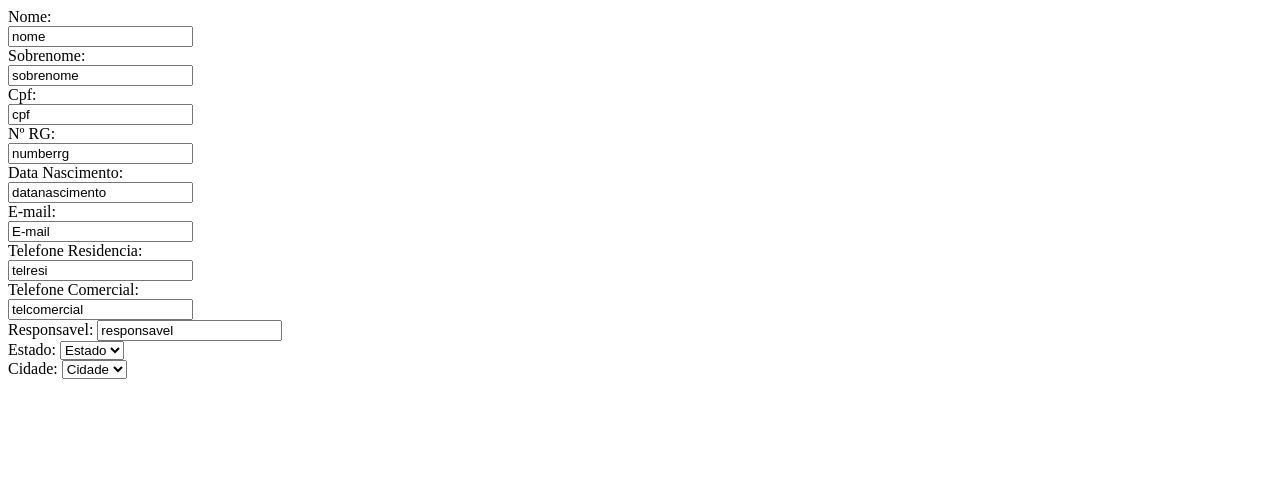
Repository: samaelsimoes/ong-cepe
Page: ong-cepe/WebContent/privado/formulario/pesfisica.html
An editor plug-in stored every save of this project. The page is shown before and after a run of saves, followed by the edit.
The browser window is 1280 px wide. The pictures show the whole page.

Above is the page before, as saved 2017-08-13 19:08:06.

### ong-cepe/WebContent/privado/formulario/pesfisica.html
 <div class="form-group row">

    <div class="col-xs-6 col-md-5">
        <label for="example-text-input" class="col-2 col-form-label">Nome:</label>

       <div class="col-10">
            <input class="form-control" type="text" value="nome" id="nome" placeholder="Nome">
        </div>
    </div>

    <div class="col-xs-6 col-md-5 coll-md-offset-2">

        <label for="example-text-input" class="col-2 col-form-label">Sobrenome:</label>

        <div class="col-10">
            <input class="form-control" type="text" value="sobrenome" id="sobrenome" placeholder="Sobrenome">
        </div>
    </div>
</div>

<div class="form-group row">
    <div class="col-xs-6 col-md-5">
        <label for="example-text-input" class="col-2 col-form-label">Cpf:</label>

       <div class="col-10">
            <input class="form-control" type="text" value="cpf" id="nome" placeholder="cpf">
        </div>
    </div>

    <div class="col-xs-6 col-md-5 coll-md-offset-2">

        <label for="example-text-input" class="col-2 col-form-label">Nº RG:</label>

        <div class="col-10">
            <input class="form-control" type="text" value="numberrg" id="sobrenome" placeholder="rg">
        </div>
    </div>
</div>

 <div class="form-group row">
    <div class="col-xs-6 col-md-5">
        <label for="example-text-input" class="col-2 col-form-label">Data Nascimento:</label>

       <div class="col-10">
            <input class="form-control" type="text" value="datanascimento" id="datanascimento" placeholder="cpf">
        </div>
    </div>
    <div class="col-xs-6 col-md-5 coll-md-offset-2">

        <label for="email" class="col-2 col-form-label">E-mail:</label>

        <div class="col-10">

            <input class="form-control" type="text" value="E-mail" id="email" placeholder="-Email">
        </div>
    </div>
</div>

 <div class="form-group row">
    <div class="col-xs-6 col-md-5">
        <label for="example-text-input" class="col-2 col-form-label">Telefone Residencia:</label>

       <div class="col-10">
            <input class="form-control" type="text" value="telresi" id="telresidenci" placeholder="Telefone Residencia">
        </div>
    </div>
    <div class="col-xs-6 col-md-5 coll-md-offset-2">

        <label for="telcomercial" class="col-2 col-form-label">Telefone Comercial:</label>

        <div class="col-10">

            <input class="form-control" type="text" value="telcomercial" id="telcomercial" placeholder="Telefone Comercial">
        </div>
    </div>
</div>

 <div class="form-group row">
    <div class="col-xs-6 col-md-10">

        <label for="responsavel" class="col-2 col-form-label">Responsavel:</label>

        <input class="form-control" type="text" value="responsavel" id="responsavel">
    </div>
</div>

 <div class="form-group row">
    <div class="col-xs-6 col-md-5">
		<label class="col-2 col-form-label" for="estado">Estado:</label>

		<select class="form-control" id="tipopessoa">

		    <option selected>Estado</option>
		</select>
    </div>
    <div class="col-xs-6 col-md-5 coll-md-offset-2">

        <label class="col-2 col-form-label" for="estado">Cidade:</label>

		<select class="form-control" id="tipopessoa">

		    <option selected>Cidade</option>
		</select>
    </div>
</div>

After the next 3 saves:
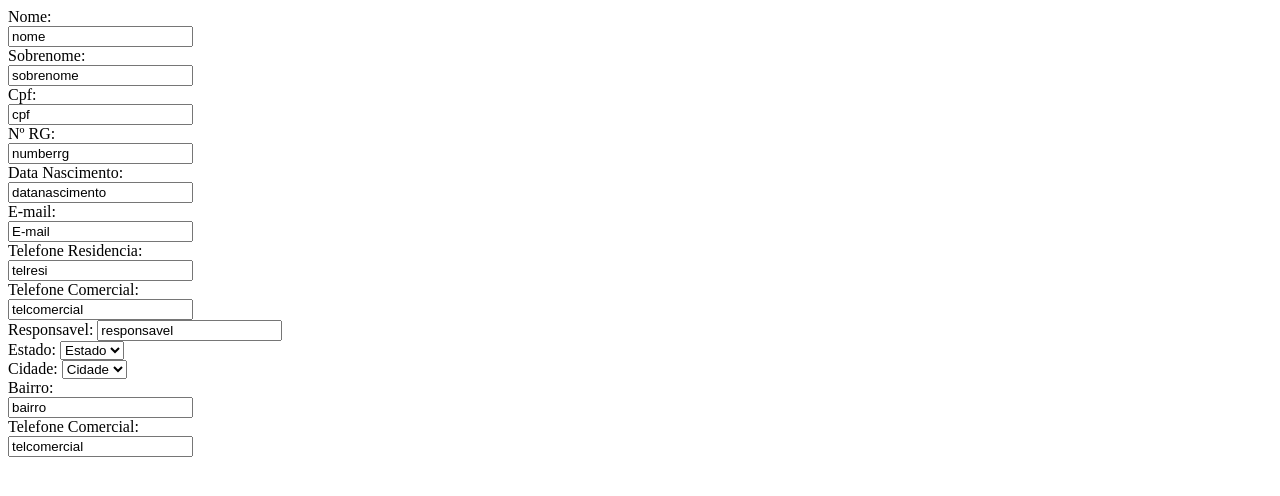
The 3 saves are shown as one change because they came seconds apart.
The last was saved 33 s later.
--- a/ong-cepe/WebContent/privado/formulario/pesfisica.html
+++ b/ong-cepe/WebContent/privado/formulario/pesfisica.html
@@ -103,3 +103,22 @@
 		</select>
     </div>
 </div>
+
+ <div class="form-group row">
+    <div class="col-xs-6 col-md-5">
+        <label for="example-text-input" class="col-2 col-form-label">Bairro:</label>
+
+       <div class="col-10">
+            <input class="form-control" type="text" value="bairro" id="bairro" placeholder="Telefone Residencia">
+        </div>
+    </div>
+    <div class="col-xs-6 col-md-5 coll-md-offset-2">
+
+        <label for="telcomercial" class="col-2 col-form-label">Telefone Comercial:</label>
+
+        <div class="col-10">
+
+            <input class="form-control" type="text" value="telcomercial" id="telcomercial" placeholder="Telefone Comercial">
+        </div>
+    </div>
+</div>
